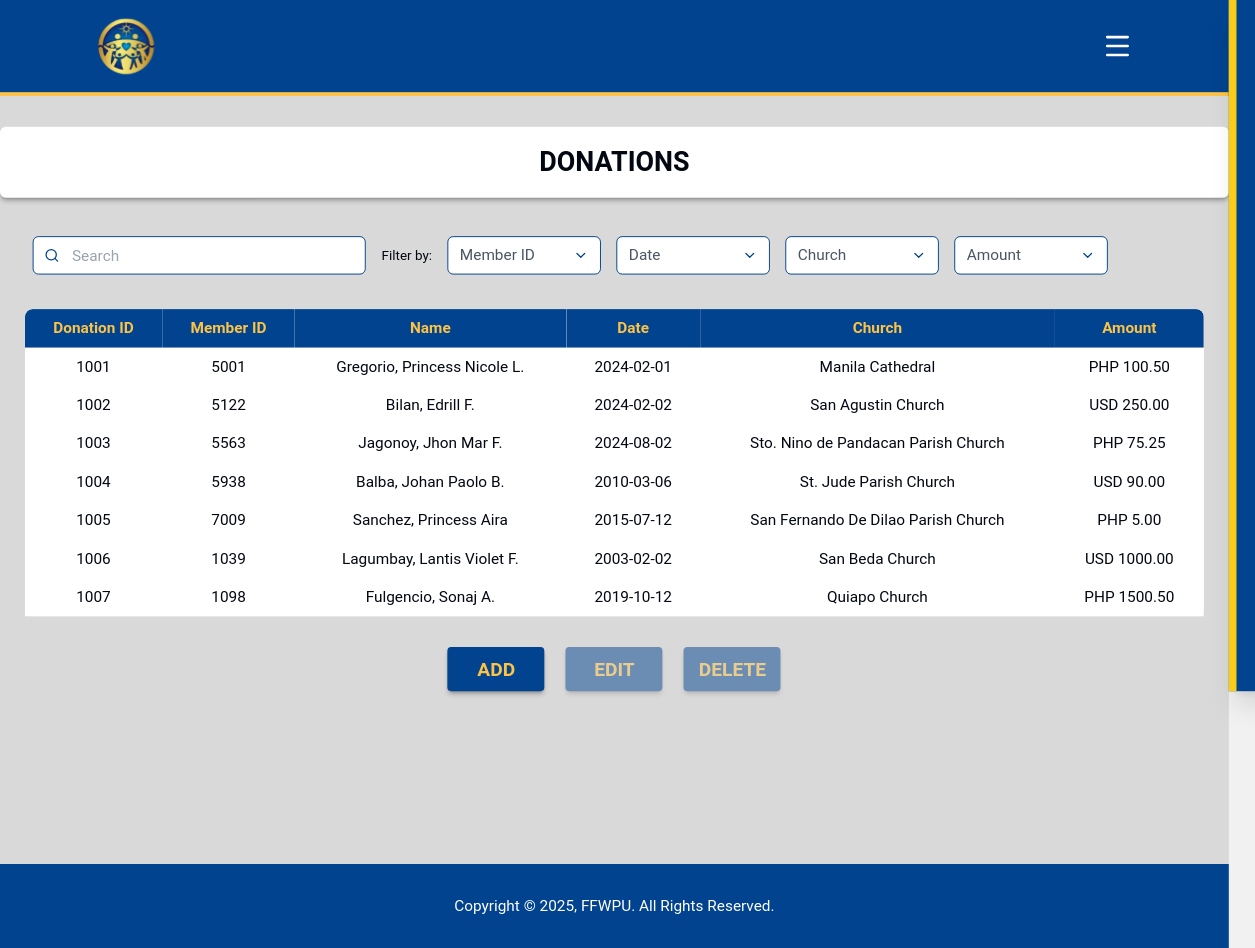
Repository: CoderTofu/FFWPU_System
Page: /donation
The author's editor kept a copy of each file at every save. The page is drawn from the files as they stood at one save, then again after the next save.
The browser window is 1280 px wide. The page is 1280 px wide, then 1307 px, so the pictures cover 1307 px, including what lies to the right of the window. The pictures show the whole page, at 96% of full size.
The project was rebuilt for these pictures with package versions that can differ from the ones it lists, and the page was loaded fresh each time. The framework's server and built-in components were replaced by stand-ins that run in the browser. Also part of the build but not shown: next.config.ts, src/components/NavbarPublic.tsx, src/components/FooterPublic.tsx, src/lib/utils.ts, src/components/ui/dialog.tsx, src/components/ui/button.tsx, src/components/Modal.tsx.

Above is the page before, as saved 2025-03-07 07:38:32.

After the next save:
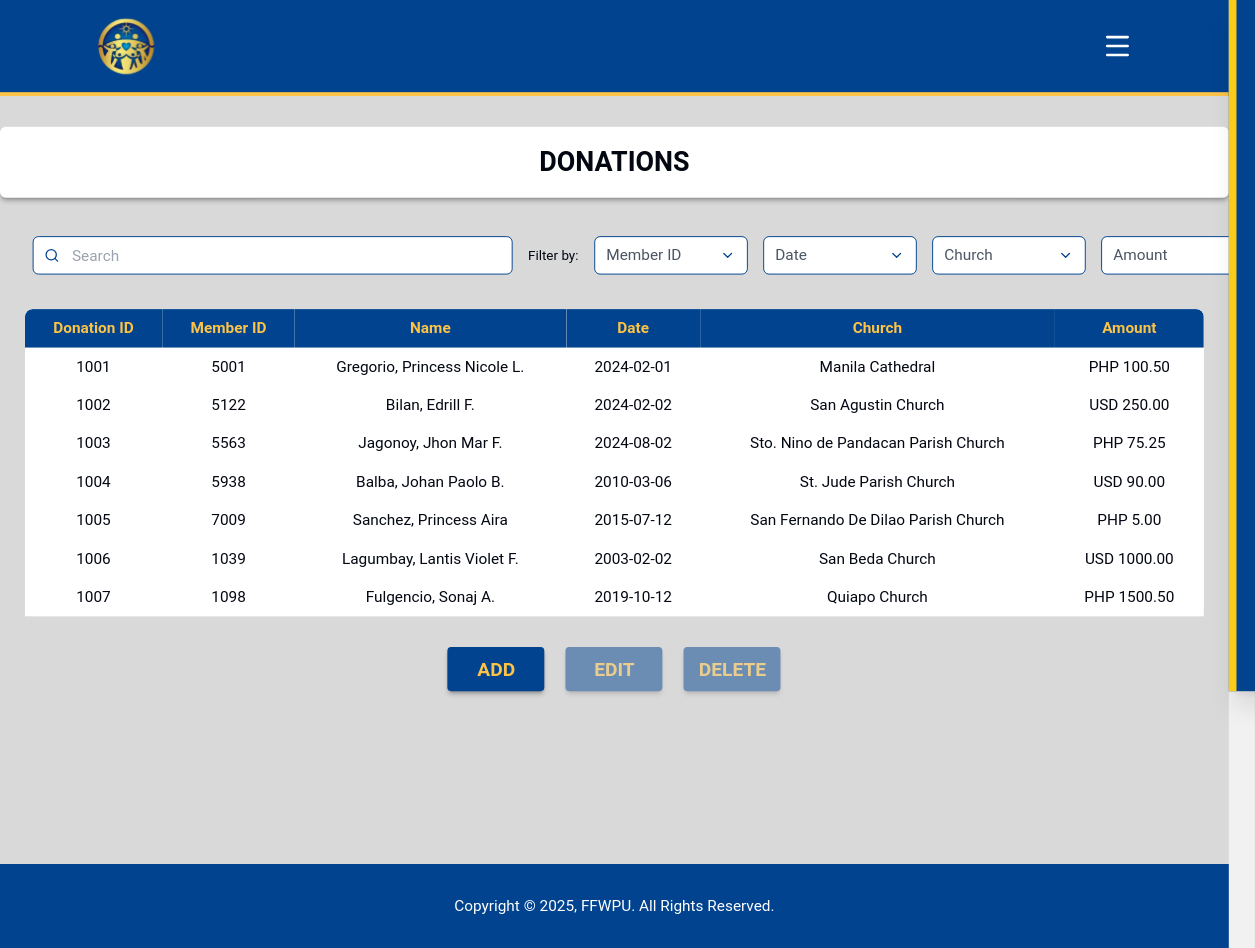
Saved 30 s later.
--- a/src/components/DonationModals.tsx
+++ b/src/components/DonationModals.tsx
@@ -54,7 +54,7 @@
 
   return (
     <div className="flex items-center gap-4 w-full sm:flex-nowrap">
-      <div className="relative w-full sm:w-[250px] md:w-[300px] lg:w-[500px]">
+      <div className="relative flex-shrink-0 flex-grow min-w-[250px] sm:w-[300px] md:w-[350px] lg:w-[500px]">
         <Search className="absolute left-3 top-1/2 transform -translate-y-1/2 w-4 h-4 text-[#01438F]" />
         <input
           className="w-full h-10 pl-10 border border-[#01438F] rounded-md outline-none"
